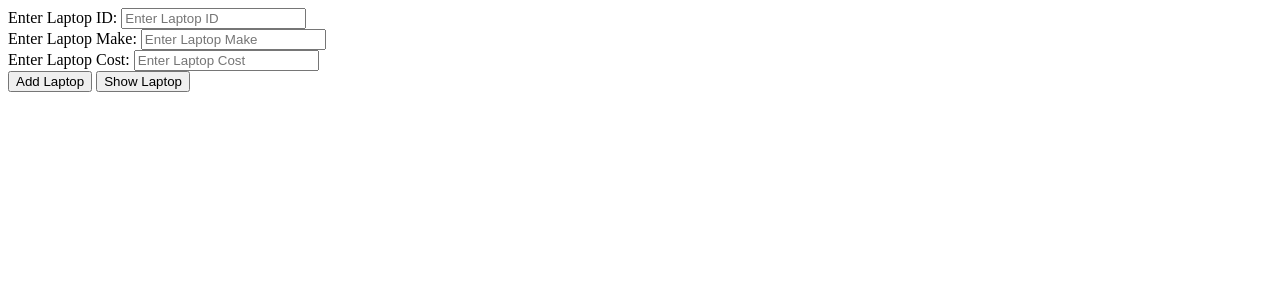
Repository: satvikagrasani/Spring-WorkSpace
Page: SpringMVC/WebAppDemo/AssignmentApp/src/main/webapp/index.html
These files come from the project's save history. The page is drawn as it stood at one moment and after the next save; the edit follows.
The browser window is 1280 px wide. The pictures show the whole page.

Above is the page before, as saved 2023-08-21 10:00:51.

### SpringMVC/WebAppDemo/AssignmentApp/src/main/webapp/index.html
<!DOCTYPE html>
<html>
<head>
<meta charset="ISO-8859-1">
<title>Insert title here</title>
</head>
<body>
	<form action="add">
		Enter Laptop ID: <input type="number" name="ID" placeholder="Enter Laptop ID"/><br>
		Enter Laptop Make: <input type="text" name="Make" placeholder="Enter Laptop Make"/><br>
		Enter Laptop Cost: <input type="number" name="Cost" placeholder="Enter Laptop Cost"/><br>
		<input type="submit" value="Add Laptop"/>
		<input type="button" value="Show Laptop" onclick=""/>
	</form>
</body>
</html>

After the next save:
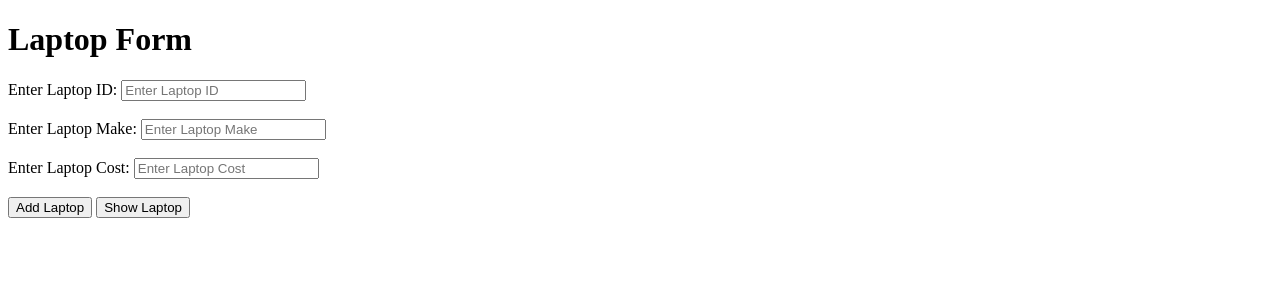
Saved 84 s later.
--- a/SpringMVC/WebAppDemo/AssignmentApp/src/main/webapp/index.html
+++ b/SpringMVC/WebAppDemo/AssignmentApp/src/main/webapp/index.html
@@ -6,9 +6,10 @@
 </head>
 <body>
 	<form action="add">
-		Enter Laptop ID: <input type="number" name="ID" placeholder="Enter Laptop ID"/><br>
-		Enter Laptop Make: <input type="text" name="Make" placeholder="Enter Laptop Make"/><br>
-		Enter Laptop Cost: <input type="number" name="Cost" placeholder="Enter Laptop Cost"/><br>
+		<h1>Laptop Form</h1>
+		Enter Laptop ID: <input type="number" name="ID" placeholder="Enter Laptop ID"/><br><br>
+		Enter Laptop Make: <input type="text" name="Make" placeholder="Enter Laptop Make"/><br><br>
+		Enter Laptop Cost: <input type="number" name="Cost" placeholder="Enter Laptop Cost"/><br><br>
 		<input type="submit" value="Add Laptop"/>
 		<input type="button" value="Show Laptop" onclick=""/>
 	</form>
